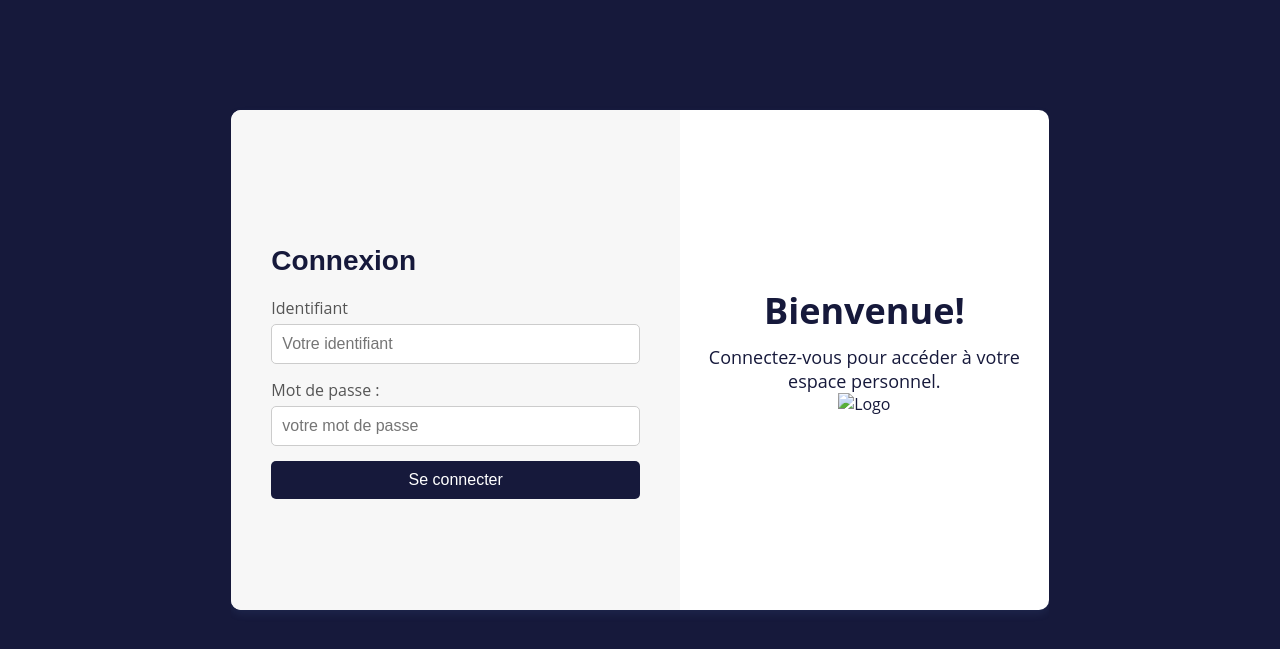
Repository: ndiawar/ProjetGab
Page: home.html
The author's editor kept a copy of each file at every save. The page is drawn from the files as they stood at one save, then again after the next save.
The browser window is 1280 px wide. The pictures show the whole page.

Above is the page before, as saved 2024-08-07 14:10:41.
Not found: logo.png

After the next save:
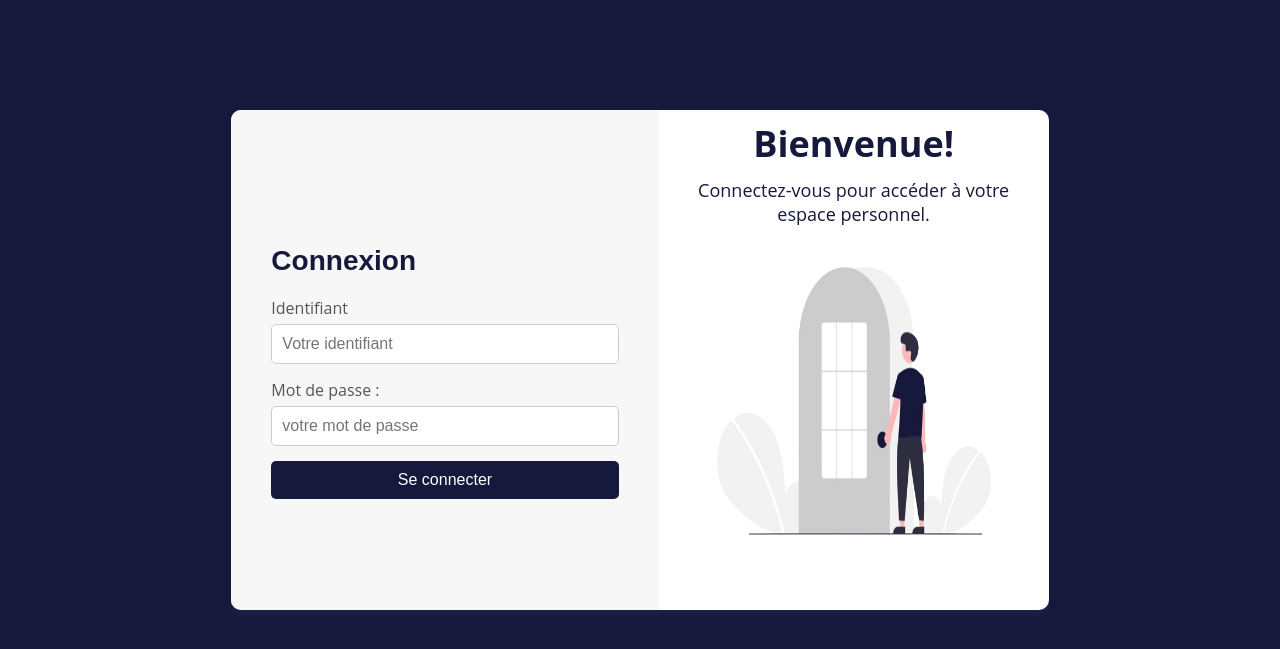
Saved 32 s later.
--- a/home.html
+++ b/home.html
@@ -29,7 +29,7 @@
             <div class="welcome-content">
                 <h1>Bienvenue!</h1>
                 <p>Connectez-vous pour accéder à votre espace personnel.</p>
-                <img src="logo.png" alt="Logo" class="logo">
+                <img src="./image/accueil.png" alt="Logo" class="logo">
             </div>
         </div>
     </div>
